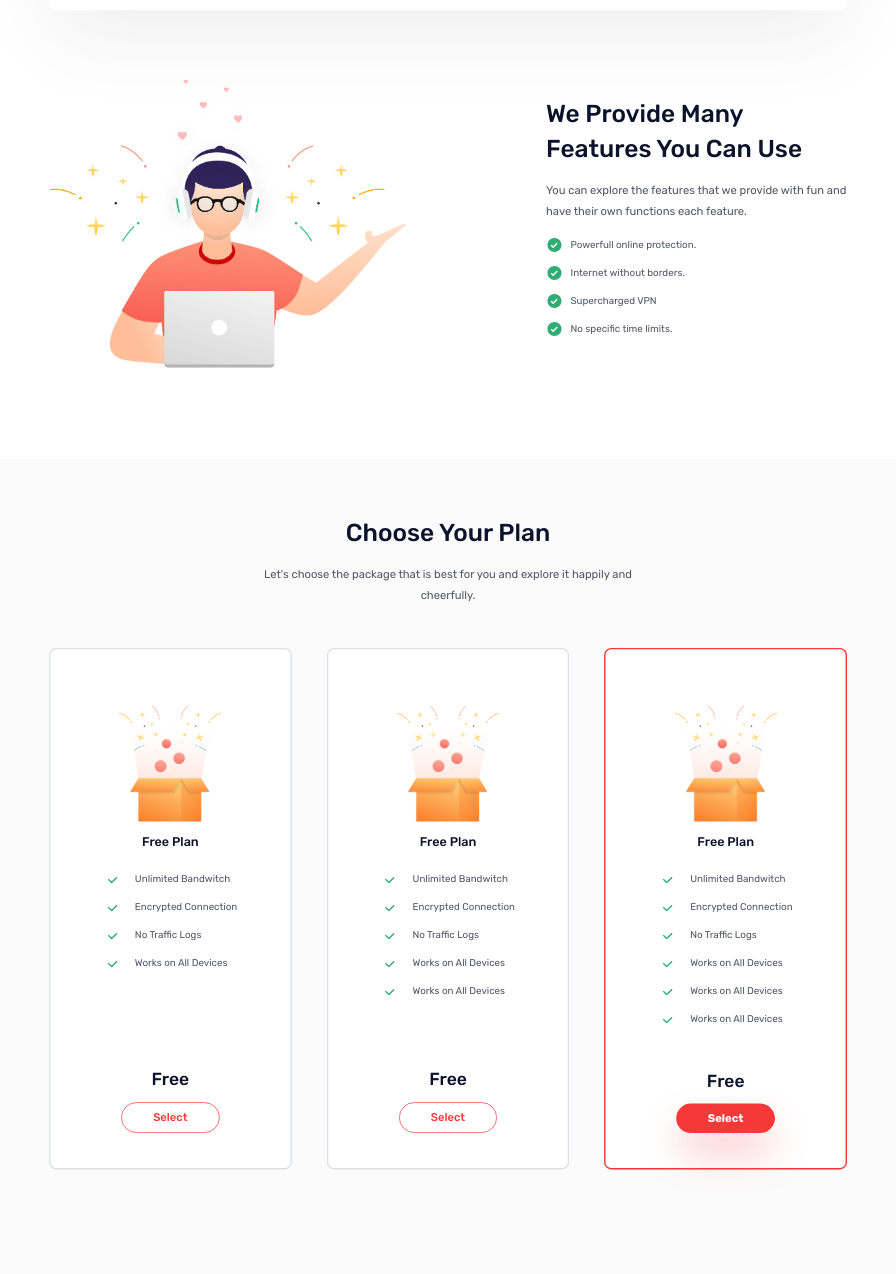
Repository: kebinh1235/lasles-demo
Page: index.html
An editor plug-in stored every save of this project. The page is shown before and after the next save, followed by the edit.
The browser window is 1280 px wide. The pictures show the part of the page from y = 782 to 2702 px (the page is 2602 px tall before and 2702 px after), at 70% of full size.
The style sheet was rebuilt from its Sass, Less or Tailwind sources for each picture, by a compiler version that may differ from the author's.

Above is the page before, as saved 2021-11-04 13:38:55.

### index.html
<!DOCTYPE html>
<html lang="en">
<head>
  <meta charset="UTF-8">
  <meta http-equiv="X-UA-Compatible" content="IE=edge">
  <meta name="viewport" content="width=device-width, initial-scale=1.0">
  <title>Lales VPN</title>
  <!-- Google Font -->
  <link rel="preconnect" href="https://fonts.googleapis.com">
  <link rel="preconnect" href="https://fonts.gstatic.com" crossorigin>
  <link href="https://fonts.googleapis.com/css2?family=Nunito:wght@300;400&family=Rubik:wght@400;500;700&display=swap" rel="stylesheet">
  <!-- CSS -->
  <link rel="stylesheet" href="./css/app.css">
</head>
<body>
  <div class="wrapper">
    <header class="header">
      <div class="container">
        <div class="header__container">
          <img class="header__logo" srcset="./images/logo.png 2x" alt="Logo">
          <ul class="menu">
            <li class="menu-item">
              <a href="#" class="menu-link">Home</a>
            </li>
            <li class="menu-item">
              <a href="#" class="menu-link">Features</a>
            </li>
            <li class="menu-item">
              <a href="#" class="menu-link">Pricing</a>
            </li>
            <li class="menu-item">
              <a href="#" class="menu-link">Testimonials</a>
            </li>
            <li class="menu-item">
              <a href="#" class="menu-link">Help</a>
            </li>
          </ul>
          <div class="header__auth">
            <a href="#" class="header__auth-signin">Sign In</a>
            <a href="#" class="btn btn__outline">Sign Up</a>
          </div>
        </div>
      </div>
    </header>
    <main>
      <section class="hero">
        <div class="container">
          <div class="hero__container">
            <div class="hero__content">
              <h1 class="hero__title">
                Want anything to be easy with <strong>LaslesVPN.</strong>
              </h1>
              <p class="hero__desc">Provide a network for all your needs with ease and fun using <strong>LaslesVPN.</strong> discover interesting features from us.</p>
              <a href="#" class="btn btn__primary btn__rounded-sm">Get Started</a>
            </div>
            <div class="hero__img">
              <img srcset="./images/hero.png 2x" alt="">
            </div>
          </div>
        </div>
      </section>
      <section class="intro">
        <div class="container">
          <div class="intro__container">
            <div class="intro__item">
              <div class="intro__icon">
                <img src="./images/Icon/Group 1216.png" alt="Users" title="Users">
              </div>
              <div class="intro__info">
                <h3 class="intro__title">90+</h3>
                <span class="intro__text">Users</span>
              </div>
            </div>
            <div class="intro__item">
              <div class="intro__icon">
                <img srcset="./images/Icon/location.png 2x"alt="Location" title="Location">
              </div>
              <div class="intro__info">
                <h3 class="intro__title">30+</h3>
                <span class="intro__text">Locations</span>
              </div>
            </div>
            <div class="intro__item">
              <div class="intro__icon">
                <img srcset="./images/Icon/Server.png 2x" alt="Server" title="Server">
              </div>
              <div class="intro__info">
                <h3 class="intro__title">50+</h3>
                <span class="intro__text">Servers</span>
              </div>
            </div>
          </div>
        </div>
      </section>
      <section class="feature">
        <div class="container">
          <div class="feature__container">
            <div class="feature__img">
              <img srcset="./images/fearture.png 2x" alt="Feature" title="Feature">
            </div>
            <div class="feature__info">
              <h2 class="feature__title heading">We Provide Many Features You Can Use</h2>
              <p class="feature__desc text">You can explore the features that we provide with fun and have their own functions each feature.</p>
              <ul class="feature__list">
                <li class="feature__item">
                  <img src="./images/Icon/check.svg" alt="Checked" title="Checked">
                  <span>Powerfull online protection.</span>
                </li>
                <li class="feature__item">
                  <img src="./images/Icon/check.svg" alt="Checked" title="Checked">
                  <span>Internet without borders.</span>
                </li>
                <li class="feature__item">
                  <img src="./images/Icon/check.svg" alt="Checked" title="Checked">
                  <span>Supercharged VPN</span>
                </li>
                <li class="feature__item">
                  <img src="./images/Icon/check.svg" alt="Checked" title="Checked">
                  <span>No specific time limits.</span>
                </li>
              </ul>
            </div>
          </div>
        </div>
      </section>
      <section class="plan">
        <div class="container">
          <div class="plan__container">
            <div class="plan__header">
              <h2 class="heading">Choose Your Plan</h2>
              <p class="plan__desc text">Let's choose the package that is best for you and explore it happily and cheerfully.</p>
            </div>
            <div class="plan__main">
              <div class="plan__item">
                <div class="plan__img">
                  <img srcset="./images/Icon/Free.png 2x" alt="Free Plan" title="Free Plan">
                </div>
                <h3 class="plan__title">Free Plan</h3>
                <ul class="plan__list">
                  <li class="plan__list-item">
                    <img src="./images/Icon/checkplan.svg" alt="">
                    <span>Unlimited Bandwitch</span>
                  </li>
                  <li class="plan__list-item">
                    <img src="./images/Icon/checkplan.svg" alt="">
                    <span>Encrypted Connection</span>
                  </li>
                  <li class="plan__list-item">
                    <img src="./images/Icon/checkplan.svg" alt="">
                    <span>No Traffic Logs</span>
                  </li>
                  <li class="plan__list-item">
                    <img src="./images/Icon/checkplan.svg" alt="">
                    <span>Works on All Devices</span>
                  </li>
                </ul>
                <h4 class="plan__price">Free</h4>
                <a href="#" class="btn btn__outline">Select</a>
              </div>
              <div class="plan__item">
                <div class="plan__img">
                  <img srcset="./images/Icon/Free.png 2x" alt="Free Plan" title="Free Plan">
                </div>
                <h3 class="plan__title">Free Plan</h3>
                <ul class="plan__list">
                  <li class="plan__list-item">
                    <img src="./images/Icon/checkplan.svg" alt="">
                    <span>Unlimited Bandwitch</span>
                  </li>
                  <li class="plan__list-item">
                    <img src="./images/Icon/checkplan.svg" alt="">
                    <span>Encrypted Connection</span>
                  </li>
                  <li class="plan__list-item">
                    <img src="./images/Icon/checkplan.svg" alt="">
                    <span>No Traffic Logs</span>
                  </li>
                  <li class="plan__list-item">
                    <img src="./images/Icon/checkplan.svg" alt="">
                    <span>Works on All Devices</span>
                  </li>
                  <li class="plan__list-item">
                    <img src="./images/Icon/checkplan.svg" alt="">
                    <span>Works on All Devices</span>
                  </li>
                </ul>
                <h4 class="plan__price">Free</h4>
                <a href="#" class="btn btn__outline">Select</a>
              </div>
              <div class="plan__item plan__active">
                <div class="plan__img">
                  <img srcset="./images/Icon/Free.png 2x" alt="Free Plan" title="Free Plan">
                </div>
                <h3 class="plan__title">Free Plan</h3>
                <ul class="plan__list">
                  <li class="plan__list-item">
                    <img src="./images/Icon/checkplan.svg" alt="">
                    <span>Unlimited Bandwitch</span>
                  </li>
                  <li class="plan__list-item">
                    <img src="./images/Icon/checkplan.svg" alt="">
                    <span>Encrypted Connection</span>
                  </li>
                  <li class="plan__list-item">
                    <img src="./images/Icon/checkplan.svg" alt="">
                    <span>No Traffic Logs</span>
                  </li>
                  <li class="plan__list-item">
                    <img src="./images/Icon/checkplan.svg" alt="">
                    <span>Works on All Devices</span>
                  </li>
                  <li class="plan__list-item">
                    <img src="./images/Icon/checkplan.svg" alt="">
                    <span>Works on All Devices</span>
                  </li>
                  <li class="plan__list-item">
                    <img src="./images/Icon/checkplan.svg" alt="">
                    <span>Works on All Devices</span>
                  </li>
                </ul>
                <h4 class="plan__price">Free</h4>
                <a href="#" class="btn btn__primary">Select</a>
              </div>
            </div>
          </div>
        </div>
      </section>
      <section class="location">
        <div class="container">
          <div class="location-container">

          </div>
        </div>
      </section>
    </main>
  </div>
</body>
</html>

### sass/app.scss
@import "variables";
@import "global";
@import "reset";
@import "header";
@import "hero";
@import "intro";
@import "feature";
@import "plan";

### sass/_variables.scss
$font: "Rubik", sans-serif;
$text-color: #4f5665;
$heading-color: #0b132a;
$primary-color: #f53838;
$gray-color: #DDE0E4;
$gray-light-color: #fbfbfb;
$white-color: #fff;

### sass/_global.scss
.wrapper {
  max-width: 1440px;
  margin: 0 auto;
}
.container {
  max-width: 1170px;
  padding: 0 15px;
  margin: 0 auto;
}
body {
  font-family: $font;
  color: $text-color;
  line-height: 1;
  font-weight: 400;
  background: $white-color;
}
h1, h2, h3, h4, h5, h6 {
  color: $heading-color;
  font-weight: bold;
}
.btn {
  display: inline-block;
  padding: 13px 45px;
  border-radius: 100rem;
  font-family: $font;
  line-height: 1;
  font-weight: 500;
  cursor: pointer;
  &__primary {
    background: $primary-color;
    font-weight: 700;
    color: $white-color;
    box-shadow: 0 30px 54px -5px rgba(245, 56, 56, 0.35);
    &:hover {
      background: $white-color;
      transition: all .3s linear;
      color: $primary-color;
      border-color: $primary-color;
      transform: translateY(-2px);
    }
  }
  &__outline {
    background: transparent;
    color: $primary-color;
    border: 1px solid $primary-color;
    font-weight: 500;
    &:hover {
      background: $primary-color;
      transition: all .3s linear;
      color: $white-color;
      transform: translateY(-2px);
    }
  }
  &__rounded-sm {
    border-radius: 0.4rem;
  }
}
.heading {
  font-weight: 500;
  font-size: 35px;
  line-height: calc(50 / 35);
  margin-bottom: 20px;
  text-transform: capitalize;
}
.text {
  line-height: calc(30 / 16);
}

### sass/_reset.scss
html {
box-sizing: border-box;
}
* {
  margin: 0;
  padding: 0;
  text-decoration: none;
  list-style: none;
}
*,*:before,*:after {
box-sizing: border-box;
}
input,
textarea,
select,
button{
outline: none;
}
input{
line-height: normal;
}
label,
button{
cursor: pointer;
}
a {
text-decoration: none;
}
img {
display: block;
max-width: 100%;
}

### sass/_header.scss
.header {
  padding-top: 50px;
  padding-bottom: 90px;
  &__container {
    display:flex;
    justify-content: space-between;
    align-items: center;
  }
  &__auth {
    display:flex;
    align-items: center;
    gap: 0 30px;
    text-transform: capitalize;
    font-weight: 500;
    &-signin {
      color: $heading-color;
    }
    &-signup {
      color: $primary-color;
      border: 1px solid $primary-color;
      padding: 13px 45px;
      border-radius: 100rem;
    }

  }
}
.menu {
  display: flex;
  align-self: center;
  gap: 0 40px;
  &-link {
    color: inherit;
  }
}

### sass/_hero.scss
.hero {
  padding-bottom: 100px;
  &__container {
    display:flex;
    justify-content: space-between;
    align-items: center;
    gap: 0 40px;
    position: relative;
  }
  &__content {
    width: 100%;
    max-width: 555px;
  }
  &__title {
    font-size: 50px;
    font-weight: 500;
    margin-bottom: 20px;
    line-height: calc(70 / 50);
    color: $heading-color;
  }
  &__desc {
    flex-shrink: 0;
    line-height: calc(30 / 16);
    margin-bottom: 50px;
    strong {
      font-weight: 500;
    }
  }
  &__img {
    position: absolute;
    top: 50%;
    transform: translate(40px, -50%);
    right: 0;
  }
}
@media (max-width: 1023px) {
  .hero__container {
    flex-direction: row;
  }
}

### sass/_intro.scss
.intro {
  margin-bottom: 95px;
  &__container {
    background: #FFFFFF;
    border-radius: 10px;
    box-shadow: 0 42px 114px rgba(13,16,37, 0.064);
    padding: 37px 0;
    display: grid;
    grid-template-columns: repeat(3, minmax(0, 1fr));
    min-height: 200px;
  }
  &__item {
    display:flex;
    align-items: center;
    justify-content: center;
    gap: 0 37px;
    &:nth-child(2) {
      border-left: 2px solid #EEEFF2;
      border-right: 2px solid #EEEFF2;
    }
  }
  &__title {
    font-size: 25px;
    margin-bottom: 5px;
    line-height: calc(30 / 25);
  }
  &__text {
    font-size: 20px;
    line-height: calc(30 / 20);
  }
}

### sass/_feature.scss
.feature {
  padding-bottom: 130px;
  &__container{
    display:flex;
    justify-content: space-between;
    align-items: center;
    gap: 0 170px;
  }
  &__desc {
    max-width: 430px;
    margin-bottom: 20px;
  }
  &__title {
    max-width: 384px;
  }
  &__item {
    display: flex;
    align-items: center;
    gap: 0 10px;
    margin-bottom: 15px;
    font-size: 14px;
  }
}

### sass/_plan.scss
.plan {
  padding: 80px 0 150px;
  background: $gray-light-color;
  &__container {
  }
  &__header {
    max-width: 555px;
    margin: 0 auto 60px;
    text-align: center;
  }
  &__desc {
    line-height: calc(30 / 16);
  }
  &__main {
    display: grid;
    grid-template-columns: repeat(3, minmax(0, 1fr));
    grid-gap: 0 50px;
  }
  &__item {
    background: $white-color;
    border: 2px solid $gray-color;
    border-radius: 10px;
    padding: 80px 50px 50px;
    display: flex;
    flex-direction: column;
    justify-content: center;
    align-items: center;
    cursor: pointer;
  }
  &__item.plan__active,
  &__item:hover {
    border-color: $primary-color;
    transition: all .3s linear;
    .btn {
        background-color: $primary-color;
        color: $white-color;
        transition: all .3s linear;
    }
  }
  &__img {
    margin-bottom: 20px;
  }
  &__title {
    font-size: 18px;
    font-weight: 500;
    margin-bottom: 30px;
  }
  &__list {
    margin-bottom: 50px;
    &-item {
      display: flex;
      align-items: center;
      margin-bottom: 10px;
      line-height: calc(30 / 14);
      gap: 0 20px;
      font-size: 14px;
    }
  }
  &__price {
    font-size: 25px;
    font-weight: 500;
    margin-bottom: 20px;
    margin-top: auto;
  }
}

After the next save:
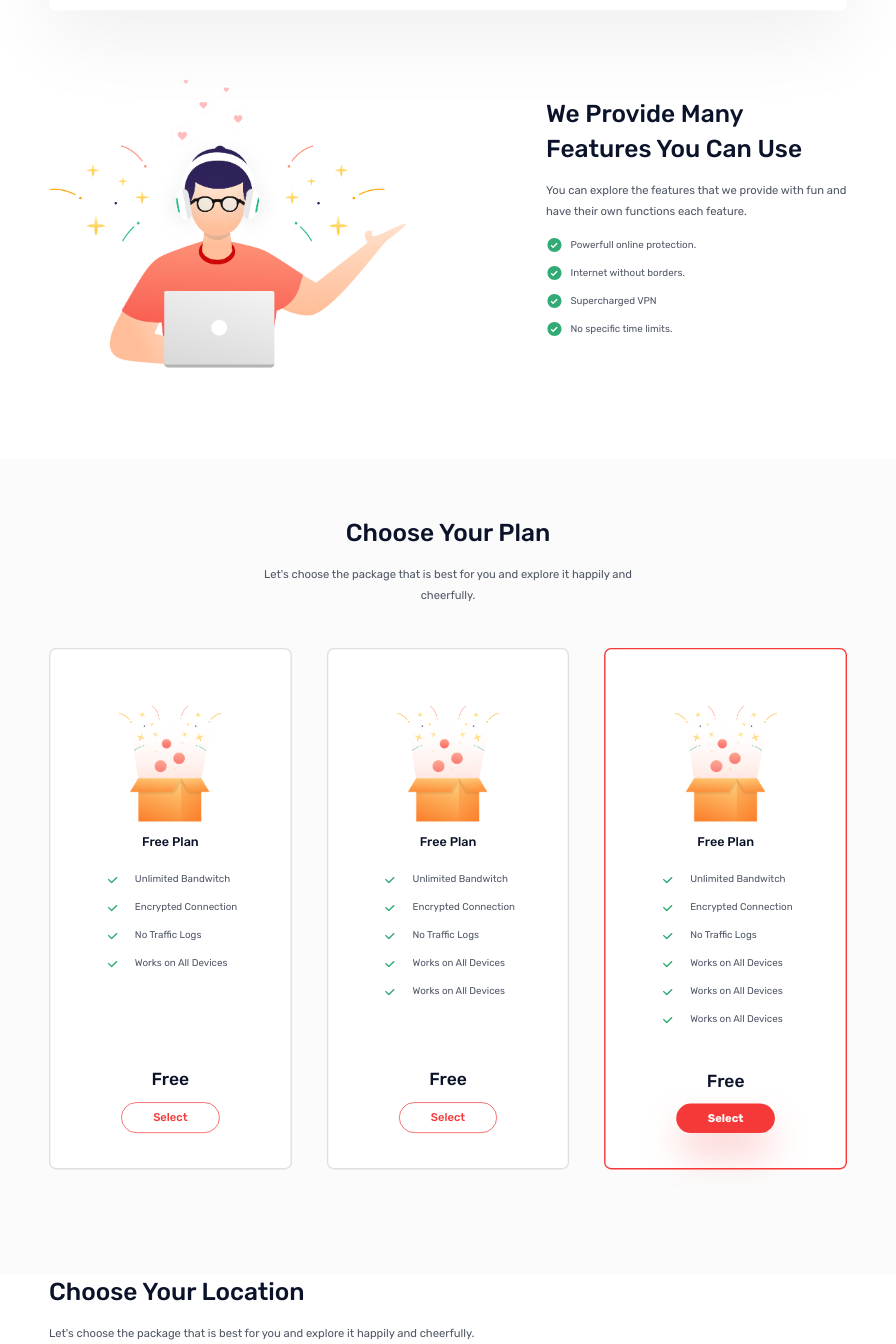
Saved 25 s later.
--- a/index.html
+++ b/index.html
@@ -228,7 +228,11 @@
       <section class="location">
         <div class="container">
           <div class="location-container">
-
+            <div class="location__container">
+              <div class="location__header">
+                <h2 class="heading">Choose Your location</h2>
+                <p class="location__desc text">Let's choose the package that is best for you and explore it happily and cheerfully.</p>
+              </div>
           </div>
         </div>
       </section>
